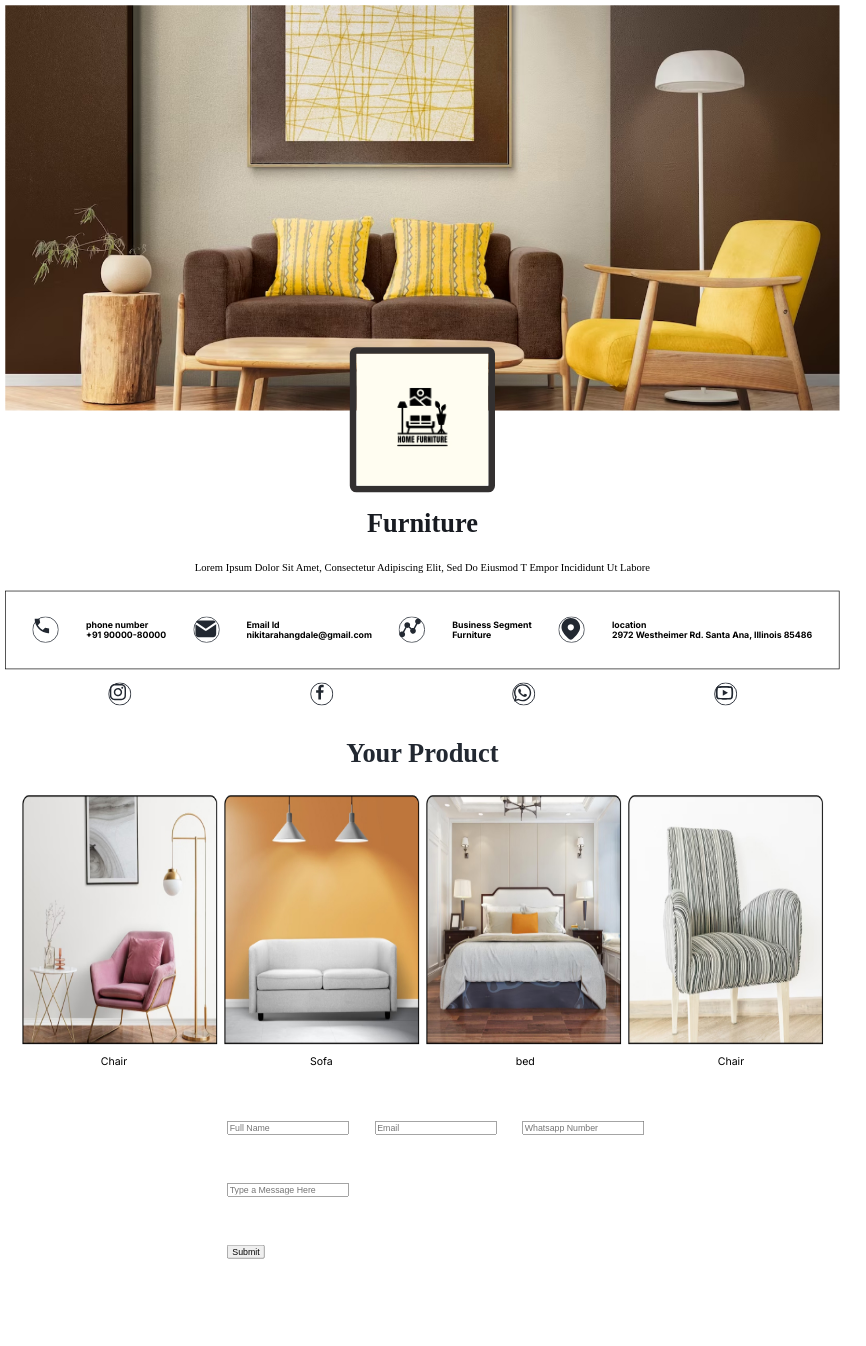
Repository: nikita120402/next13-deploy
Page: /
These files come from the project's save history. The page is drawn as it stood at one moment and after the next save; the edit follows.
The browser window is 1280 px wide. The page is 1312 px wide, then 1280 px, then 1312 px, so the pictures cover 1312 px, including what lies to the right of the window. The pictures show the whole page, at 66% of full size.
The project was rebuilt for these pictures with package versions that can differ from the ones it lists, and the page was loaded fresh each time. The framework's server and built-in components were replaced by stand-ins that run in the browser. Also part of the build but not shown: next.config.js.

Above is the page before, as saved 2023-08-07 17:08:56.

### src/app/page.tsx
import Image from 'next/image'
import styles from './Design.module.css'
export default function Page() {
  return (
  <div>
        <Image
        className={styles.image1}
      src="/../public/image/Rectangle 25.jpg"
      alt="Picture"
      width={1500}
      height={600}
          />
          <Image
          className={styles.icon}
          src="/../public/image/final logo.jpg"
          alt="Picture"
          width={200}
          height={200}
          />
          <h1>Furniture</h1>
          <p>Lorem ipsum dolor sit amet, consectetur adipiscing elit, sed do eiusmod t empor incididunt ut labore </p>
          <div className={styles.call}>
          <svg xmlns="http://www.w3.org/2000/svg" width="40" height="40" viewBox="0 0 69 69" fill="none">
  <circle cx="34.5" cy="34.5" r="33.5" fill="white" stroke="#222831" stroke-width="2"/>
  <svg xmlns="http://www.w3.org/2000/svg" width="50" height="50" viewBox="0 0 33 33" fill="none">
  <path d="M27.4313 28.875C24.5667 28.875 21.731 28.2563 18.9241 27.0187C16.1173 25.7812 13.5676 24.0167 11.275 21.725C8.98333 19.4333 7.21875 16.8896 5.98125 14.0938C4.74375 11.2979 4.125 8.45625 4.125 5.56875V4.125H12.2375L13.5094 11.0344L9.59062 14.9875C10.0948 15.8812 10.6562 16.7292 11.275 17.5312C11.8937 18.3333 12.5583 19.0781 13.2687 19.7656C13.9333 20.4302 14.6612 21.0664 15.4522 21.6741C16.2433 22.2819 17.0968 22.8488 18.0125 23.375L22 19.3875L28.875 20.7969V28.875H27.4313Z" fill="#222831"/>
</svg></svg> <h5>phone number <br/> +91 90000-80000</h5>

<svg xmlns="http://www.w3.org/2000/svg" width="40" height="40" viewBox="0 0 69 69" fill="none">
  <circle cx="34.5" cy="34.5" r="33.5" fill="white" stroke="#222831" stroke-width="2"/>
  <svg xmlns="http://www.w3.org/2000/svg" width="65" height="65" viewBox="0 0 33 33" fill="none">
  <g clip-path="url(#clip0_1_50)">
    <path d="M30.25 10.3606V23.375C30.2501 24.4271 29.8481 25.4396 29.1262 26.2051C28.4044 26.9706 27.4174 27.4314 26.367 27.4931L26.125 27.5H6.875C5.82284 27.5 4.81042 27.098 4.04489 26.3762C3.27937 25.6544 2.8186 24.6673 2.75688 23.617L2.75 23.375V10.3606L15.7369 19.019L15.8964 19.1097C16.0843 19.2016 16.2908 19.2493 16.5 19.2493C16.7092 19.2493 16.9157 19.2016 17.1036 19.1097L17.2631 19.019L30.25 10.3606Z" fill="#222831"/>
    <path d="M26.125 5.5C27.61 5.5 28.9121 6.28375 29.6381 7.46212L16.5 16.2209L3.36188 7.46212C3.70663 6.90218 4.1803 6.4328 4.74335 6.09315C5.30641 5.7535 5.94252 5.55343 6.59863 5.50962L6.875 5.5H26.125Z" fill="#222831"/>
  </g>
  <defs>
    <clipPath id="clip0_1_50">
      <rect width="33" height="33" fill="white"/>
    </clipPath>
  </defs>
</svg>
</svg> <h5>Email Id <br/>  nikitarahangdale@gmail.com</h5>

<svg xmlns="http://www.w3.org/2000/svg" width="40" height="40" viewBox="0 0 69 69" fill="none">
  <circle cx="34.5" cy="34.5" r="33.5" fill="white" stroke="#222831" stroke-width="2"/>
  <svg xmlns="http://www.w3.org/2000/svg" width="60" height="60" viewBox="0 0 33 33" fill="none">
  <path d="M30.7622 10.1346C30.3794 10.5186 29.9246 10.8231 29.4237 11.0306C28.9228 11.2381 28.3859 11.3445 27.8437 11.3437C27.5119 11.3436 27.1813 11.3037 26.8589 11.2251L23.4261 17.6008C23.4648 17.6369 23.5035 17.673 23.5409 17.7104C24.0863 18.256 24.4678 18.9435 24.6421 19.6951C24.8163 20.4466 24.7764 21.2319 24.5267 21.9618C24.2771 22.6917 23.8277 23.337 23.2297 23.8244C22.6317 24.3118 21.9091 24.6217 21.1438 24.719C20.3785 24.8162 19.6013 24.6969 18.9004 24.3747C18.1995 24.0524 17.603 23.54 17.1787 22.8957C16.7544 22.2514 16.5192 21.5011 16.5 20.7298C16.4807 19.9586 16.6781 19.1975 17.0698 18.5328L14.4684 15.9315C13.8338 16.3044 13.111 16.5007 12.375 16.5C12.0428 16.5002 11.7117 16.4609 11.3889 16.3827L7.95609 22.7558C7.99476 22.7919 8.03472 22.828 8.0721 22.8654C8.6489 23.4423 9.04168 24.1773 9.20076 24.9775C9.35985 25.7776 9.27811 26.607 8.96587 27.3606C8.65363 28.1143 8.12492 28.7585 7.44658 29.2117C6.76825 29.665 5.97076 29.9069 5.15495 29.9069C4.33915 29.9069 3.54166 29.665 2.86333 29.2117C2.18499 28.7585 1.65628 28.1143 1.34404 27.3606C1.0318 26.607 0.950059 25.7776 1.10915 24.9775C1.26823 24.1773 1.66101 23.4423 2.23781 22.8654C2.7397 22.3637 3.36251 22 4.04606 21.8094C4.7296 21.6188 5.45075 21.6078 6.1398 21.7774L9.57257 15.4017C9.5339 15.3656 9.49523 15.3295 9.45785 15.2921C9.07471 14.9091 8.77077 14.4543 8.56342 13.9538C8.35606 13.4532 8.24933 12.9168 8.24933 12.375C8.24933 11.8332 8.35606 11.2967 8.56342 10.7962C8.77077 10.2957 9.07471 9.84089 9.45785 9.45783C10.1675 8.74616 11.1126 8.31805 12.1156 8.25393C13.1186 8.18981 14.1105 8.49408 14.905 9.10959C15.6995 9.72511 16.242 10.6095 16.4306 11.5967C16.6191 12.5839 16.4407 13.606 15.9289 14.471L18.5303 17.0723C19.4597 16.5277 20.5645 16.3659 21.6111 16.6212L25.0439 10.2455C25.0052 10.2094 24.9653 10.1733 24.9279 10.1359C24.5447 9.75283 24.2408 9.29805 24.0335 8.79752C23.8261 8.29699 23.7194 7.76051 23.7194 7.21873C23.7194 6.67695 23.8261 6.14048 24.0335 5.63995C24.2408 5.13942 24.5447 4.68464 24.9279 4.30158C25.7016 3.52791 26.7509 3.09326 27.845 3.09326C28.9392 3.09326 29.9885 3.52791 30.7622 4.30158C31.5359 5.07526 31.9705 6.12459 31.9705 7.21873C31.9705 8.31288 31.5359 9.36221 30.7622 10.1359V10.1346Z" fill="#222831"/>
</svg>
</svg> <h5>Business  Segment  <br/>  Furniture</h5>

<svg xmlns="http://www.w3.org/2000/svg" width="40" height="40" viewBox="0 0 69 69" fill="none">
  <circle cx="34.5" cy="34.5" r="33.5" fill="white" stroke="#222831" stroke-width="2"/>
  <svg xmlns="http://www.w3.org/2000/svg" width="65" height="65" viewBox="0 0 33 33" fill="none">
  <path d="M18.8843 29.997C22.4792 26.8331 28.875 20.3692 28.875 14.4375C28.875 11.1554 27.5712 8.00782 25.2504 5.68705C22.9297 3.36629 19.7821 2.0625 16.5 2.0625C13.2179 2.0625 10.0703 3.36629 7.74955 5.68705C5.42879 8.00782 4.125 11.1554 4.125 14.4375C4.125 20.3692 10.5187 26.8331 14.1157 29.997C14.7719 30.5826 15.6205 30.9063 16.5 30.9063C17.3795 30.9063 18.2281 30.5826 18.8843 29.997ZM12.375 14.4375C12.375 13.3435 12.8096 12.2943 13.5832 11.5207C14.3568 10.7471 15.406 10.3125 16.5 10.3125C17.594 10.3125 18.6432 10.7471 19.4168 11.5207C20.1904 12.2943 20.625 13.3435 20.625 14.4375C20.625 15.5315 20.1904 16.5807 19.4168 17.3543C18.6432 18.1279 17.594 18.5625 16.5 18.5625C15.406 18.5625 14.3568 18.1279 13.5832 17.3543C12.8096 16.5807 12.375 15.5315 12.375 14.4375Z" fill="#222831"/>
</svg>
</svg>  <h5>location  <br/>  2972 Westheimer Rd. Santa Ana, Illinois 85486 </h5>

</div>
<div className={styles.icon1}>

<svg className={styles.icon2} xmlns="http://www.w3.org/2000/svg" width="35" height="35" viewBox="0 0 50 50" fill="none">
  <circle cx="25" cy="25" r="24" fill="white" stroke="#222831" stroke-width="2"/>
  <svg   xmlns="http://www.w3.org/2000/svg" width="42" height="42" viewBox="0 0 32 32" fill="none">
  <path d="M23.12 7.27999C22.8036 7.27999 22.4942 7.37383 22.2311 7.54964C21.968 7.72545 21.7629 7.97533 21.6418 8.2677C21.5207 8.56006 21.489 8.88176 21.5507 9.19213C21.6125 9.5025 21.7649 9.7876 21.9886 10.0114C22.2124 10.2351 22.4975 10.3875 22.8079 10.4492C23.1182 10.511 23.4399 10.4793 23.7323 10.3582C24.0247 10.2371 24.2745 10.032 24.4504 9.7689C24.6262 9.50578 24.72 9.19644 24.72 8.87999C24.72 8.45564 24.5514 8.04868 24.2514 7.74862C23.9513 7.44856 23.5443 7.27999 23.12 7.27999ZM29.2533 10.5067C29.2274 9.40039 29.0202 8.30586 28.64 7.26666C28.301 6.3775 27.7733 5.57236 27.0933 4.90666C26.4331 4.22322 25.6261 3.69889 24.7333 3.37332C23.6969 2.98154 22.6011 2.7696 21.4933 2.74666C20.08 2.66666 19.6267 2.66666 16 2.66666C12.3733 2.66666 11.92 2.66666 10.5067 2.74666C9.39887 2.7696 8.30313 2.98154 7.26667 3.37332C6.37557 3.70219 5.56925 4.22607 4.90667 4.90666C4.22324 5.56689 3.69891 6.37391 3.37334 7.26666C2.98155 8.30311 2.76962 9.39886 2.74667 10.5067C2.66667 11.92 2.66667 12.3733 2.66667 16C2.66667 19.6267 2.66667 20.08 2.74667 21.4933C2.76962 22.6011 2.98155 23.6969 3.37334 24.7333C3.69891 25.6261 4.22324 26.4331 4.90667 27.0933C5.56925 27.7739 6.37557 28.2978 7.26667 28.6267C8.30313 29.0184 9.39887 29.2304 10.5067 29.2533C11.92 29.3333 12.3733 29.3333 16 29.3333C19.6267 29.3333 20.08 29.3333 21.4933 29.2533C22.6011 29.2304 23.6969 29.0184 24.7333 28.6267C25.6261 28.3011 26.4331 27.7768 27.0933 27.0933C27.7763 26.4301 28.3045 25.6242 28.64 24.7333C29.0202 23.6941 29.2274 22.5996 29.2533 21.4933C29.2533 20.08 29.3333 19.6267 29.3333 16C29.3333 12.3733 29.3333 11.92 29.2533 10.5067ZM26.8533 21.3333C26.8436 22.1797 26.6903 23.0183 26.4 23.8133C26.1871 24.3936 25.8452 24.9179 25.4 25.3467C24.9675 25.7873 24.4443 26.1286 23.8667 26.3467C23.0716 26.637 22.233 26.7903 21.3867 26.8C20.0533 26.8667 19.56 26.88 16.0533 26.88C12.5467 26.88 12.0533 26.88 10.72 26.8C9.84119 26.8164 8.96613 26.6811 8.13334 26.4C7.58105 26.1708 7.08181 25.8304 6.66667 25.4C6.22412 24.9717 5.88646 24.4469 5.68001 23.8667C5.35448 23.0602 5.17393 22.2026 5.14667 21.3333C5.14667 20 5.06667 19.5067 5.06667 16C5.06667 12.4933 5.06667 12 5.14667 10.6667C5.15265 9.8014 5.31061 8.94392 5.61334 8.13332C5.84807 7.57054 6.20836 7.06887 6.66667 6.66666C7.07176 6.20821 7.57239 5.84412 8.13334 5.59999C8.94607 5.30671 9.80267 5.15343 10.6667 5.14666C12 5.14666 12.4933 5.06666 16 5.06666C19.5067 5.06666 20 5.06666 21.3333 5.14666C22.1797 5.15636 23.0183 5.30965 23.8133 5.59999C24.4192 5.82486 24.9631 6.19045 25.4 6.66666C25.8369 7.07623 26.1784 7.57697 26.4 8.13332C26.6963 8.94523 26.8497 9.80236 26.8533 10.6667C26.92 12 26.9333 12.4933 26.9333 16C26.9333 19.5067 26.92 20 26.8533 21.3333ZM16 9.15999C14.6478 9.16263 13.3266 9.56602 12.2035 10.3192C11.0805 11.0724 10.2058 12.1416 9.69018 13.3917C9.17452 14.6417 9.04097 16.0166 9.3064 17.3426C9.57182 18.6685 10.2243 19.886 11.1814 20.8413C12.1386 21.7966 13.3574 22.4467 14.6838 22.7095C16.0103 22.9724 17.3849 22.8361 18.634 22.318C19.883 21.7999 20.9505 20.9232 21.7015 19.7987C22.4525 18.6742 22.8533 17.3522 22.8533 16C22.8551 15.1001 22.6789 14.2088 22.335 13.3773C21.991 12.5457 21.4861 11.7904 20.8492 11.1547C20.2122 10.519 19.4559 10.0156 18.6237 9.67323C17.7915 9.3309 16.8999 9.15647 16 9.15999ZM16 20.44C15.1219 20.44 14.2634 20.1796 13.5333 19.6917C12.8031 19.2038 12.234 18.5104 11.898 17.6991C11.5619 16.8878 11.474 15.9951 11.6453 15.1338C11.8166 14.2725 12.2395 13.4814 12.8604 12.8604C13.4814 12.2395 14.2725 11.8166 15.1338 11.6453C15.9951 11.474 16.8878 11.5619 17.6991 11.898C18.5104 12.234 19.2039 12.8031 19.6917 13.5333C20.1796 14.2634 20.44 15.1218 20.44 16C20.44 16.5831 20.3252 17.1604 20.102 17.6991C19.8789 18.2378 19.5519 18.7273 19.1396 19.1395C18.7273 19.5518 18.2378 19.8789 17.6991 20.102C17.1604 20.3251 16.5831 20.44 16 20.44Z" fill="#222831"/>
</svg>
</svg>
<svg xmlns="http://www.w3.org/2000/svg" width="35" height="35" viewBox="0 0 50 50" fill="none">
  <circle cx="25" cy="25" r="24" fill="white" stroke="#222831" stroke-width="2"/>
  <svg xmlns="http://www.w3.org/2000/svg" width="42" height="42" viewBox="0 0 32 32" fill="none">
  <path d="M17.8627 27.996V17.068H21.5493L22.0973 12.7893H17.8627V10.064C17.8627 8.82934 18.2067 7.98401 19.9787 7.98401H22.224V4.16935C21.1315 4.05227 20.0334 3.99574 18.9347 4.00001C15.676 4.00001 13.4387 5.98935 13.4387 9.64135V12.7813H9.776V17.06H13.4467V27.996H17.8627Z" fill="#222831"/>
</svg>
</svg>
<svg xmlns="http://www.w3.org/2000/svg" width="35" height="35" viewBox="0 0 50 50" fill="none">
  <circle cx="25" cy="25" r="24" fill="white" stroke="#222831" stroke-width="2"/>
  <svg xmlns="http://www.w3.org/2000/svg" width="45" height="45" viewBox="0 0 32 32" fill="none">
  <path d="M25.4 6.54667C24.1776 5.31191 22.7216 4.3329 21.1168 3.66674C19.5121 3.00059 17.7908 2.66062 16.0533 2.66667C8.77333 2.66667 2.84 8.60001 2.84 15.88C2.84 18.2133 3.45333 20.48 4.6 22.48L2.73333 29.3333L9.73333 27.4933C11.6667 28.5467 13.84 29.1067 16.0533 29.1067C23.3333 29.1067 29.2667 23.1733 29.2667 15.8933C29.2667 12.36 27.8933 9.04001 25.4 6.54667ZM16.0533 26.8667C14.08 26.8667 12.1467 26.3333 10.4533 25.3333L10.0533 25.0933L5.89333 26.1867L7 22.1333L6.73333 21.72C5.637 19.9693 5.05485 17.9457 5.05333 15.88C5.05333 9.82667 9.98667 4.89334 16.04 4.89334C18.9733 4.89334 21.7333 6.04001 23.8 8.12001C24.8233 9.13863 25.6343 10.3502 26.1859 11.6846C26.7374 13.0189 27.0187 14.4495 27.0133 15.8933C27.04 21.9467 22.1067 26.8667 16.0533 26.8667ZM22.08 18.6533C21.7467 18.4933 20.12 17.6933 19.8267 17.5733C19.52 17.4667 19.3067 17.4133 19.08 17.7333C18.8533 18.0667 18.2267 18.8133 18.04 19.0267C17.8533 19.2533 17.6533 19.28 17.32 19.1067C16.9867 18.9467 15.92 18.5867 14.6667 17.4667C13.68 16.5867 13.0267 15.5067 12.8267 15.1733C12.64 14.84 12.8 14.6667 12.9733 14.4933C13.12 14.3467 13.3067 14.1067 13.4667 13.92C13.6267 13.7333 13.6933 13.5867 13.8 13.3733C13.9067 13.1467 13.8533 12.96 13.7733 12.8C13.6933 12.64 13.0267 11.0133 12.76 10.3467C12.4933 9.70668 12.2133 9.78667 12.0133 9.77334H11.3733C11.1467 9.77334 10.8 9.85334 10.4933 10.1867C10.2 10.52 9.34667 11.32 9.34667 12.9467C9.34667 14.5733 10.5333 16.1467 10.6933 16.36C10.8533 16.5867 13.0267 19.92 16.3333 21.3467C17.12 21.6933 17.7333 21.8933 18.2133 22.04C19 22.2933 19.72 22.2533 20.2933 22.1733C20.9333 22.08 22.2533 21.3733 22.52 20.6C22.8 19.8267 22.8 19.1733 22.7067 19.0267C22.6133 18.88 22.4133 18.8133 22.08 18.6533Z" fill="#222831"/>
</svg>
</svg>
<svg xmlns="http://www.w3.org/2000/svg" width="35" height="35" viewBox="0 0 50 50" fill="none">
  <circle cx="25" cy="25" r="24" fill="white" stroke="#222831" stroke-width="2"/>
  <svg xmlns="http://www.w3.org/2000/svg" width="45" height="45" viewBox="0 0 32 32" fill="none">
  <path d="M26.1427 9.32668C26.0413 8.92934 25.7533 8.62934 25.424 8.53734C24.84 8.37334 22.0013 8.00001 16.0013 8.00001C10.0013 8.00001 7.164 8.37334 6.576 8.53734C6.25066 8.62801 5.96266 8.92801 5.86 9.32668C5.71466 9.89201 5.33466 12.26 5.33466 16C5.33466 19.7387 5.71466 22.1067 5.86 22.6747C5.96133 23.0707 6.24933 23.3707 6.57733 23.4613C7.164 23.6267 10 24 16 24C22 24 24.8387 23.6267 25.4253 23.4627C25.7507 23.372 26.0387 23.072 26.1413 22.6733C26.288 22.108 26.6667 19.7333 26.6667 16C26.6667 12.2667 26.288 9.89334 26.1427 9.32668ZM28.7253 8.66401C29.3347 11.04 29.3347 16 29.3347 16C29.3347 16 29.3347 20.96 28.7253 23.336C28.3867 24.6493 27.396 25.6827 26.1413 26.032C23.8627 26.6667 16 26.6667 16 26.6667C16 26.6667 8.14266 26.6667 5.86 26.032C4.6 25.6773 3.61066 24.6453 3.276 23.336C2.66666 20.96 2.66666 16 2.66666 16C2.66666 16 2.66666 11.04 3.276 8.66401C3.61466 7.35068 4.60533 6.31734 5.86 5.96801C8.144 5.33334 16.0013 5.33334 16.0013 5.33334C16.0013 5.33334 23.8627 5.33334 26.1413 5.96801C27.4 6.32268 28.3907 7.35468 28.7253 8.66401ZM13.3347 20.6667V11.3333L21.3347 16L13.3347 20.6667Z" fill="#222831"/>
</svg>
</svg>

</div>
<h2 className={styles.heading}>Your Product </h2>

<div className={styles.product} >
      <Image
          src="/../public/image/Chair.jpg"
          alt="Picture"
          width={295}
          height={377}
          />
          <Image
          src="/../public/image/Sofa.jpg"
          alt="Picture"
          width={295}
          height={377}
          />
          <Image
          src="/../public/image/Bed.jpg"
          alt="Picture"
          width={295}
          height={377}
          />
          <Image
          src="/../public/image/Chair1.jpg"
          alt="Picture"
          width={295}
          height={377}
          />

</div>
<div className={styles.product1}>
<span>Chair</span>
<span>Sofa</span>
<span>bed</span>
<span>Chair</span>
</div>
<form className={styles.form1}>
<div className={styles.form}>
  <input type="text" placeholder="Full Name"/>
  <input type="email" placeholder="Email"/>
  <input type="text" placeholder="Whatsapp Number"/>
  </div>
  <div className={styles.form}>
    <input type="text" placeholder="Type a Message Here"/>
  </div>
  <div className={styles.form} >
    <button type="submit"> Submit</button>
  </div>
  </form>

  </div>
  )

}

### src/app/globals.css
h1{
      text-align: center;
      color: #181b21;
font-family: Playfair Display;
font-size: 40px;
font-style: normal;
font-weight: 600;
line-height: 100%; /* 40px */
  text-transform: capitalize;
}
p{
      color: #000;
text-align: center;
padding: 10px;
font-family: Poppins;
font-size: 16px;
font-style: normal;
font-weight: 400;
line-height: 120%; /* 24px */
text-transform: capitalize;
}

### src/app/Design.module.css
.image1{
    width: 100%;
    height: 100%;
}

.icon{
    border-radius: 10px;
    background: #222831;
    position: relative;
    border: solid 10px rgb(51, 48, 48);
    margin-left: auto;
    margin-right: auto;
    display: block;
    margin-top: -100px;
    z-index: +1;
}

.call{
    display: flex;
    margin-left:auto;
    border: solid 1px black;
    padding: 20px;
    justify-content: space-around;
    align-items: center;
}

.icon1{
    display: flex;
    margin-left:0%;
    padding: 20px;
    align-items: center;
    flex-shrink: 0;
    justify-content:space-around;


}

.heading{
    text-align: center;
    color: #222831;
    font-family: Playfair Display;
    font-size: 40px;
    font-style: normal;
    font-weight: 600;
    line-height: 100%; /* 40px */
    text-transform: capitalize;
}

.icon2{
        text-align: center;
}

.product{
            display: flex;
            padding: 10px 20px;
            justify-content: space-around;
            border-radius: 10px 10px 0px 0px;

}
.product1{
    display: flex;
    text-align: left;
    font-size: 16px;
    margin: 6px;
    justify-content: space-around;

}

.form{
    margin: 20px auto;
    border-style: hidden;
    border-bottom: 3px solid #fff;
    background-color: #ffffff;
    color: #fff;
    width: 50%;
    font-size: 16px;
    padding-bottom: 50px;
    display:flex;
    justify-content:space-between;
    flex-shrink: 0;
}

.form1{
    background-color: #ffffff;
    width: 100%;
    padding: 20px;
    margin: 40px auto;
}
.form2{
    background-color: #515151;
    border: 2px solid #fff;
    display: block;
    padding: 11px;
    font-size: 10px;
    margin-top: 30px;
    width: 20%;
}

Loaded but not shown: src/app/layout.tsx (common file)

After the next save:
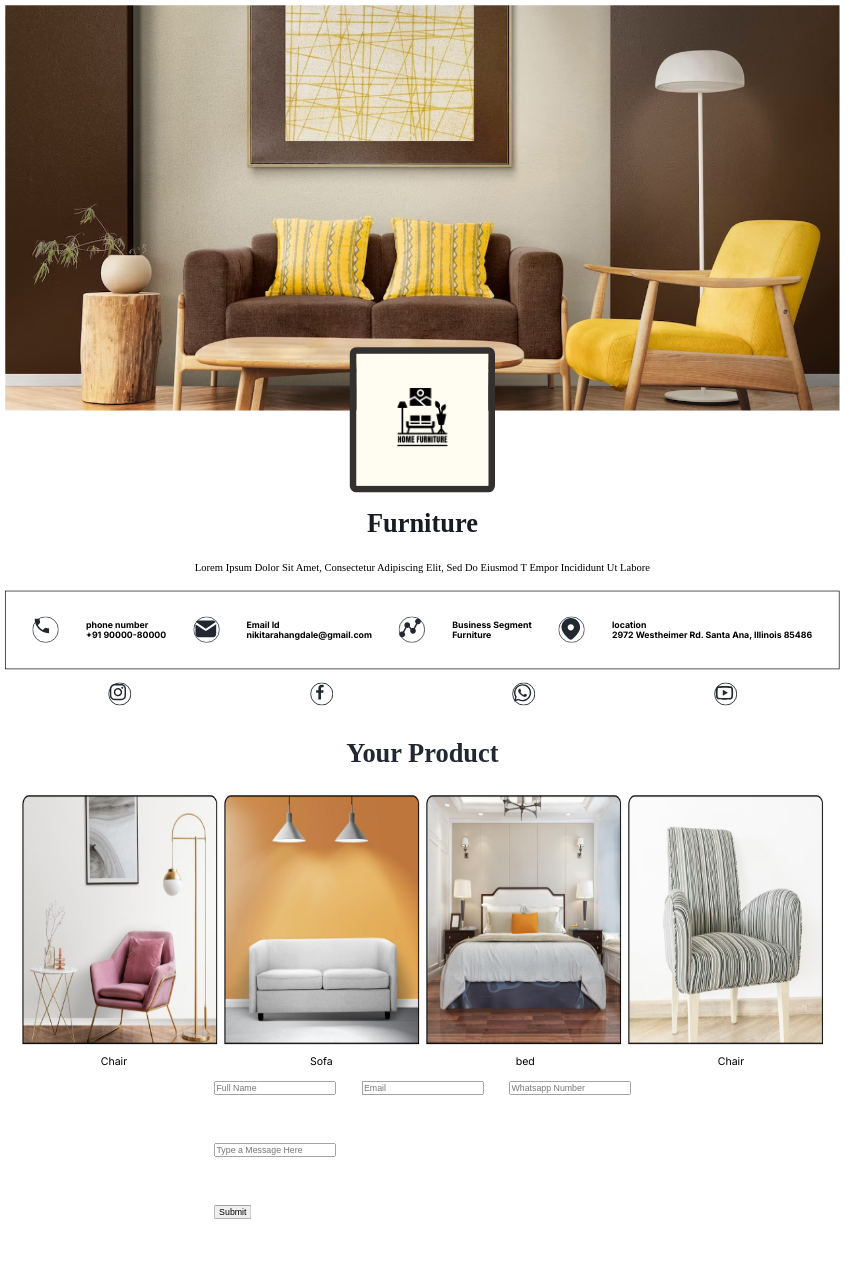
Saved 23 s later.
--- a/src/app/Design.module.css
+++ b/src/app/Design.module.css
@@ -83,8 +83,8 @@
 .form1{
     background-color: #ffffff;
     width: 100%;
-    padding: 20px;
-    margin: 40px auto;
+    padding: 0px;
+    margin: 0px auto;
 }
 .form2{
     background-color: #515151;

After the save that followed:
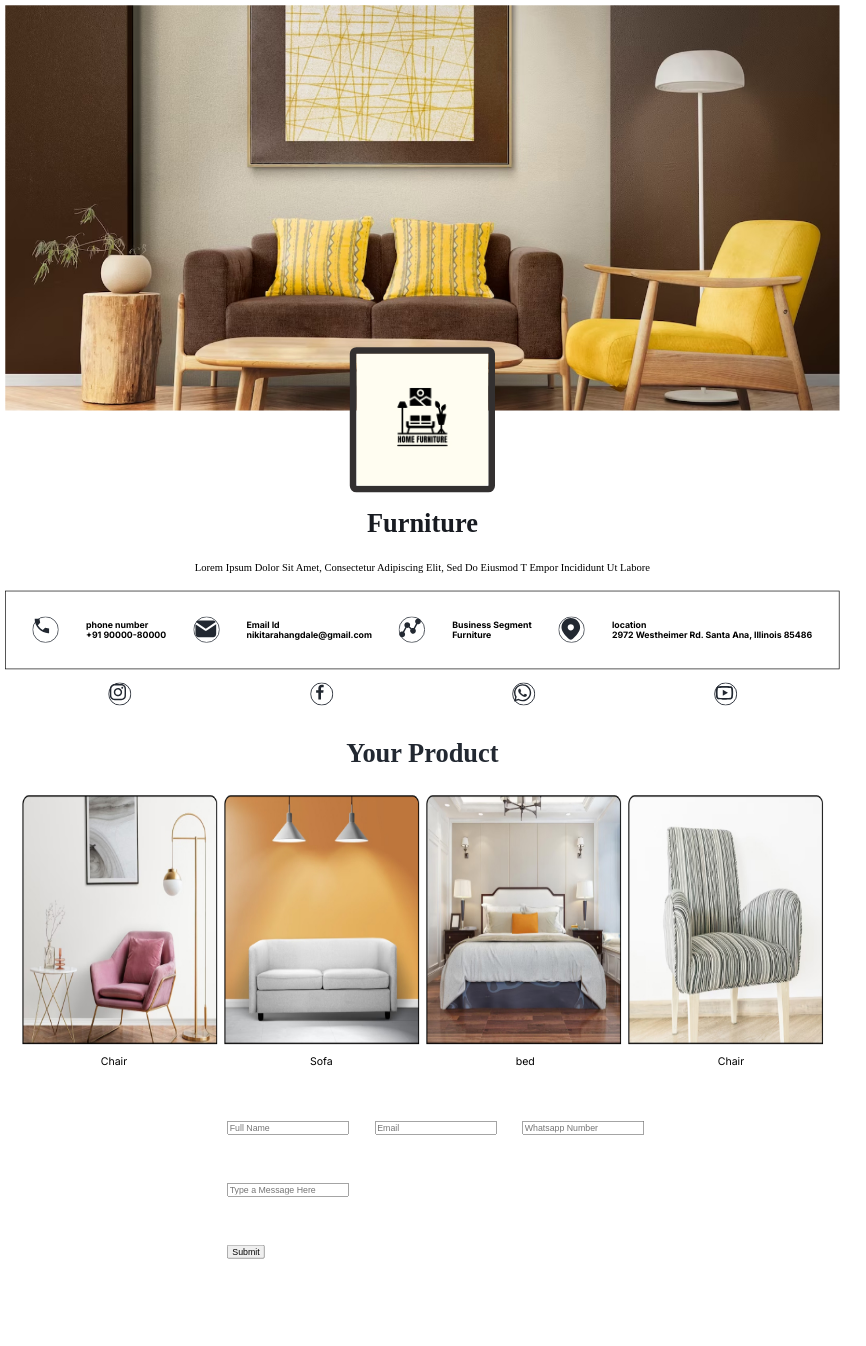
Saved 10 s later.
--- a/src/app/Design.module.css
+++ b/src/app/Design.module.css
@@ -83,8 +83,8 @@
 .form1{
     background-color: #ffffff;
     width: 100%;
-    padding: 0px;
-    margin: 0px auto;
+    padding: 20px;
+    margin: 40px auto;
 }
 .form2{
     background-color: #515151;
